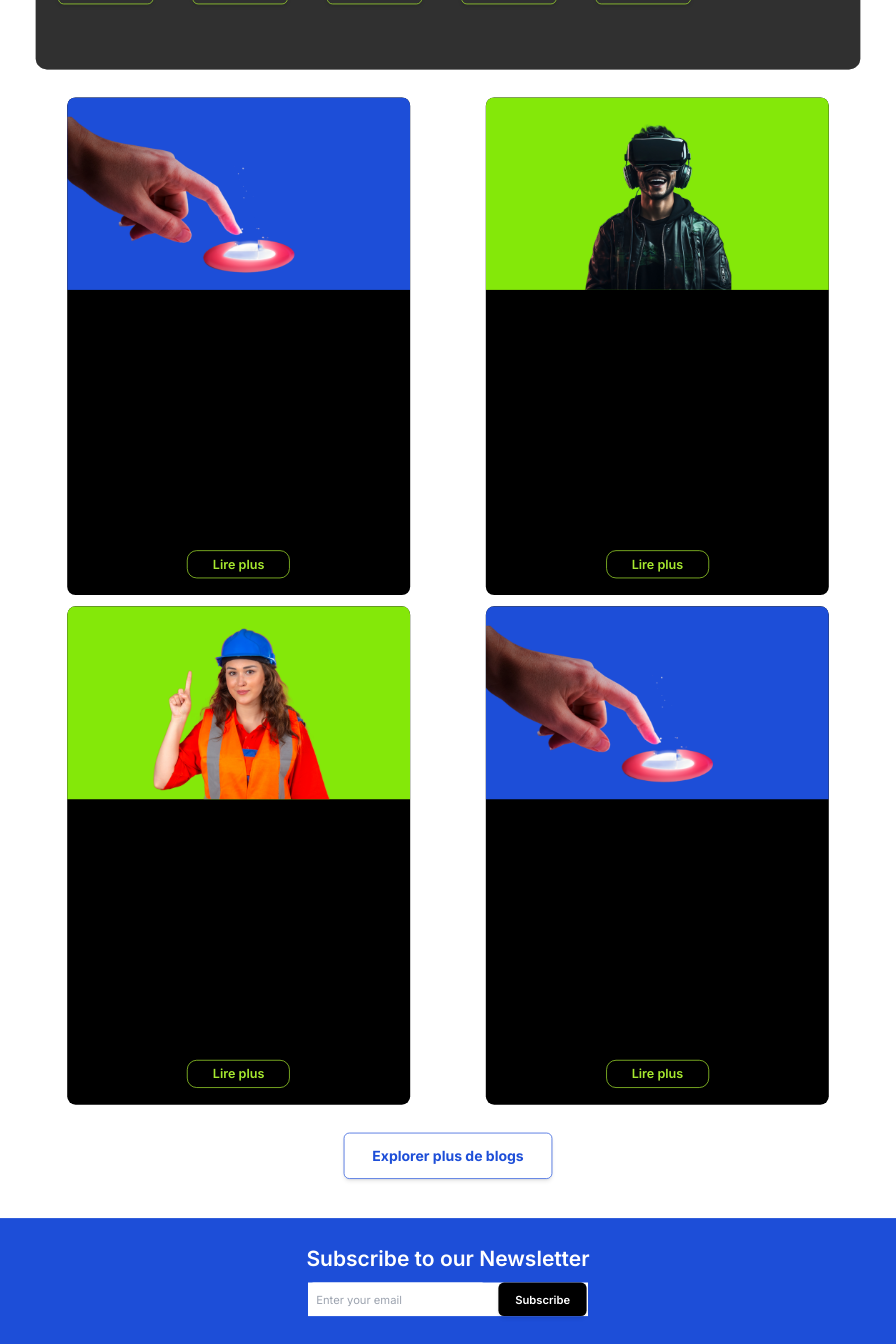
Repository: NassimeElkamari/test
Page: /blogs
An editor plug-in stored every save of this project. The page is shown before and after the next save, followed by the edit.
The browser window is 1280 px wide. The pictures show the part of the page from y = 553 to 2473 px (the page is 2473 px tall), at 70% of full size.
Pictures or frames that could not be fetched are drawn as grey boxes. The project was rebuilt for these pictures with package versions that can differ from the ones it lists, and the page was loaded fresh each time. The framework's server and built-in components were replaced by stand-ins that run in the browser. Also part of the build but not shown: next.config.mjs.

Above is the page before, as saved 2024-06-12 16:16:01.

### src/app/blogs/page.tsx
import Image from 'next/image';
import React from 'react';
import { MdDateRange } from "react-icons/md";
import BlogCard from '../../components/BlogCard';
import { cardData } from '../../data/cardData';

const Blog = () => {
  return (
    <div className='bg-white'>
      <div className='flex justify-center'>
        <h1 className="text-4xl font-bold text-center">Blog</h1>
      </div>
      <div className="relative w-[92vw] h-[85vh] mx-auto overflow-hidden bg-black pt-5 pl-8 flex flex-col justify-start rounded-2xl">
        <Image
          src="/bgImage.jpg"
          layout="fill"
          objectFit="cover"
          objectPosition="top"
          quality={100}
          alt="Background Image"
          className="opacity-30 bg-black"
        />
        <div className="absolute inset-0 flex flex-col justify-center text-white mt-[6%] p-4 pl-8">
          <h1 className="text-[52px] font-semibold mb-4">
            Ouvrez les portes de la connaissance <br /> avec nos Blogs stimulants
          </h1>
          <p className="text-[17px] mb-8">
            Découvrez les dernières actualités de 2peerfect dans une multitude de domaines passionnants. <br />Plongez-vous dans nos articles pour rester à jour sur les tendances les plus récentes en technologie, <br /> santé mentale, Design, Business, et bien plus encore. Avec une expertise diversifiée et des perspectives variées,<br /> 2peerfect vous offre un aperçu complet et captivant des développements les plus récents à travers différents secteurs.<br /> Ne manquez rien de ce qui se passe dans le monde, suivez 2peerfect pour rester informé et inspiré.
          </p>
          <div className="flex flex-wrap justify-between space-x-4 w-[80%]">
            <div className="bg-transparent rounded-lg shadow-md w-[15%] h-10 mb-4 border border-[#A7E92F] flex items-center justify-center">
              <h2 className="text-lg font-semibold text-center">Marketing</h2>
            </div>
            <div className="bg-transparent rounded-lg shadow-md w-[15%] h-10 mb-4 border border-[#A7E92F] flex items-center justify-center">
              <h2 className="text-lg font-semibold text-center">Design</h2>
            </div>
            <div className="bg-transparent rounded-lg shadow-md w-[15%] h-10 mb-4 border border-[#A7E92F] flex items-center justify-center">
              <h2 className="text-lg font-semibold text-center">Business</h2>
            </div>
            <div className="bg-transparent rounded-lg shadow-md w-[15%] h-10 mb-4 border border-[#A7E92F] flex items-center justify-center">
              <h2 className="text-lg font-semibold text-center">IT</h2>
            </div>
            <div className="bg-transparent rounded-lg shadow-md w-[15%] text-center h-10 mb-4 border border-[#A7E92F] flex items-center justify-center">
              <h2 className="text-lg font-semibold">Psychologie</h2>
            </div>
            {/* Add more cards as needed */}
          </div>
        </div>
      </div>
      <div className='second-section w-[85vw] mx-auto mt-10 flex justify-center'>
        <div className="flex flex-wrap gap-4 justify-between ">
          {cardData.map((card) => (
            <BlogCard
              key={card.id}
              imageSrc={card.imageSrc}
              title={card.title}
              description={card.description}
              date={card.date}
              color={card.background}
            />
          ))}
        </div>
      </div>
      <div className="flex justify-center mt-10">
        <button className=" text-white rounded-lg shadow-md  text-center mx-10 my-4 px-10 py-8 h-10 border border-[#1D4ED8] flex items-center justify-center">
          <h2 className="text-xl font-bold text-[#1D4ED8]">Explorer plus de blogs </h2>
        </button>
      </div>
      <div className="bg-[#1D4ED8] py-10 mt-10 flex flex-col items-center justify-center">
        <h2 className="text-3xl font-semibold text-white mb-4">Subscribe to our Newsletter</h2>
        <div className="flex flex-col items-center sm:flex-row">
          <div className='bg-white w-[100%]'>
          <input
            type="email"
            placeholder="Enter your email"
            className="w-[64%] p-3 mb-4 sm:mb-0 sm:mr-4 rounded-lg focus:outline-none"
          />
          <button className="bg-black text-white font-semibold py-3 px-6 rounded-lg shadow-md ">
            Subscribe
          </button>
          </div>
        </div>
      </div>
    </div>
  );
};

export default Blog;

### src/components/BlogCard.tsx
import Image from 'next/image'
import React from 'react'
import { MdDateRange } from "react-icons/md";


const BlogCard = ({ imageSrc, title, description, date , color}) => {
  return (
    <div className='w-[45%] h-[50%] bg-black rounded-xl flex flex-col'>
    <div className="w-[100%] h-2/5 relative">
        <Image
        src={imageSrc}
        layout='responsive'
        height={100}
        width={100}
        alt="Card Image"
        className="w-full h-full rounded-t-xl "
        style={{backgroundColor: `${color}`}}
        />
    </div>
    <div className="pt-14 flex justify-center items-center flex-col px-5">
        <h1 className="text-[32px] font-semibold">{title}</h1>
        <p className="text-md mt-5">{description}</p>
    </div>
    <div className="flex items-center justify-end mt-10 mr-2">
        <MdDateRange width={70} height={70} className='mr-4'/>
        <p className="mr-2">{date}</p>
    </div>
    <div className="flex justify-center mt-8 mb-6"> {/* Added justify-center class */}
        <button className="bg-black rounded-[14px] shadow-md w-[30%] text-center h-10 border border-[#A7E92F] flex items-center justify-center">
        <h2 className="text-lg font-semibold text-[#A7E92F]">Lire plus</h2> {/* Added text-white class */}
        </button>
    </div>
    </div>
  )
}

export default BlogCard

### src/data/cardData.js
export const cardData = [
  {
    id: 1,
    imageSrc: "/card11.png",
    title: "L'impact des médias sociaux sur la santé mental",
    description: "Discuter de la façon dont les likes, les commentaires et les partages peuvent devenir une mesure de notre valeur personnelle, et comment cela peut affecter notre estime de soi et notre bien-être émotionnel...",
    date: "11 Décembre 2023",
    background: '#1D4ED8' // Background color for the first card
  },
  {
    id: 2,
    imageSrc: "/card22.png",
    title: "L’inovation technologique dans l’éducation",
    description: "Reconnaître les défis liés à l'intégration de la technologie dans l'éducation, tels que l'accès inégal aux ressources technologiques et les préoccupations concernant la dépendance excessive à la technologie...",
    date: "11 Décembre 2023",
    background: '#84e809' // Background color for the second card
  },
  {
    id: 3,
    imageSrc: "/card33.png",
    title: "L’inovation technologique dans l’éducation",
    description: "Reconnaître les défis liés à l'intégration de la technologie dans l'éducation, tels que l'accès inégal aux ressources technologiques et les préoccupations concernant la dépendance excessive à la technologie...",
    date: "11 Décembre 2023",
    background: '#84e809' // Background color for the third card
  },
  {
    id: 4,
    imageSrc: "/card11.png",
    title: "L'impact des médias sociaux sur la santé mental",
    description: "Discuter de la façon dont les likes, les commentaires et les partages peuvent devenir une mesure de notre valeur personnelle, et comment cela peut affecter notre estime de soi et notre bien-être émotionnel...",
    date: "11 Décembre 2023",
    background: '#1D4ED8' // Background color for the fourth card
  },
];

Loaded but not shown: src/app/layout.tsx (common file); src/app/globals.css (common file); tailwind.config.ts (common file)

After the next save:
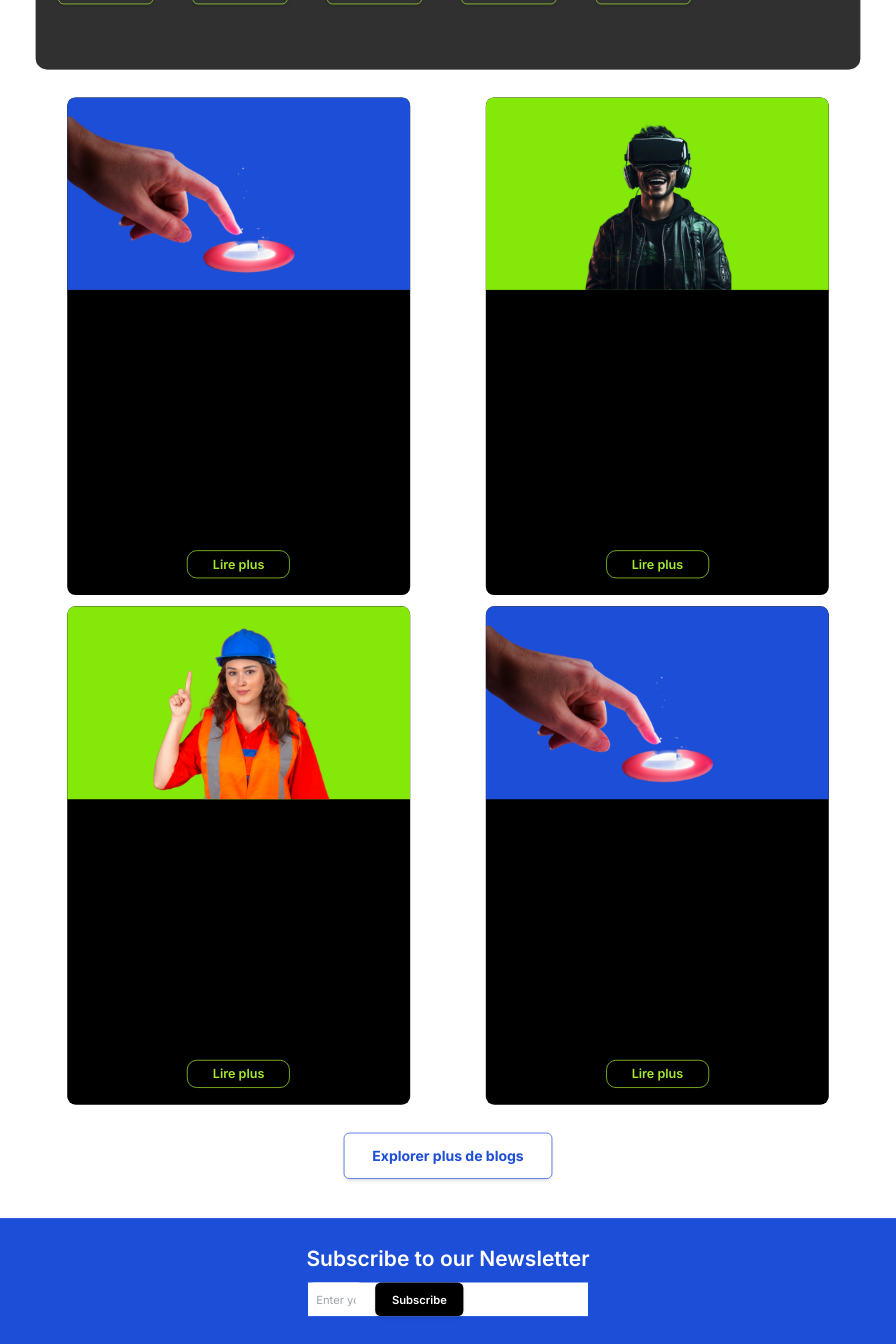
Saved 17 s later.
--- a/src/app/blogs/page.tsx
+++ b/src/app/blogs/page.tsx
@@ -73,7 +73,7 @@ const Blog = () => {
           <input
             type="email"
             placeholder="Enter your email"
-            className="w-[64%] p-3 mb-4 sm:mb-0 sm:mr-4 rounded-lg focus:outline-none"
+            className="w-[20%] p-3 mb-4 sm:mb-0 sm:mr-4 rounded-lg focus:outline-none"
           />
           <button className="bg-black text-white font-semibold py-3 px-6 rounded-lg shadow-md ">
             Subscribe
